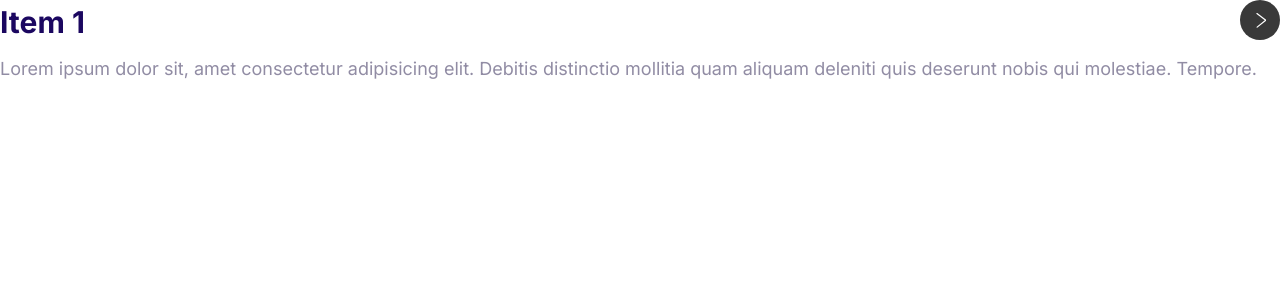
Repository: Qiwenweiii/CodeWithMosh
Page: index.html
An editor plug-in stored every save of this project. The page is shown before and after the next save, followed by the edit.
The browser window is 1280 px wide. The pictures show the whole page.
After loading, the first visible `div.collapsible` was clicked once.

Above is the page before, as saved 2021-11-15 21:22:16.

After the next save:
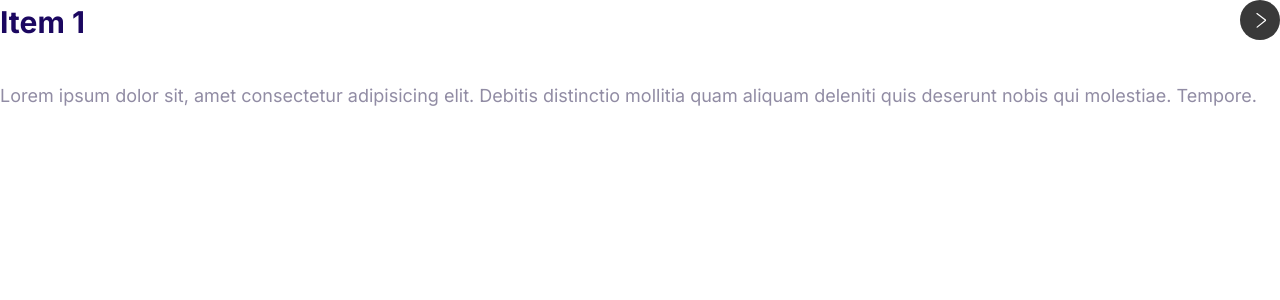
Saved 63 s later.
--- a/styles/styles.css
+++ b/styles/styles.css
@@ -577,12 +577,12 @@ a {
 }
 
 .collapsible__content {
-  display: none;
+  /* display: none; */
   opacity: 0;
   transition: all .3s ease-in-out;
 }
 
 .collapsible--expanded .collapsible__content {
-  display: block;
+  /* display: block; */
   opacity: 1;
 }
